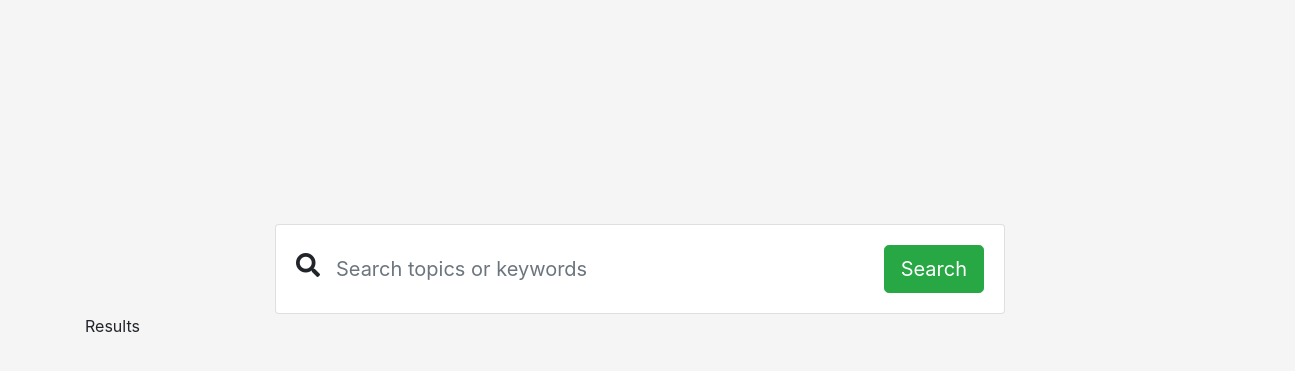
Repository: roistyx/ask-ChatGBT-travel-recommendations
Page: Backend/src/views/search.html
These files come from the project's save history. The page is drawn as it stood at one moment and after the next save; the edit follows.
The browser window is 1280 px wide. The page is 1280 px wide, then 1295 px, so the pictures cover 1295 px, including what lies to the right of the window. The pictures show the whole page.
Some web libraries are served in a nearby version.

Above is the page before, as saved 2023-03-20 12:24:05.
Console error: TypeError: Cannot read properties of undefined (reading 'fn')

### Backend/src/views/search.html
<!DOCTYPE html>
<html>
<head>
<link href="//maxcdn.bootstrapcdn.com/bootstrap/4.1.1/css/bootstrap.min.css" rel="stylesheet" id="bootstrap-css">
<script src="//maxcdn.bootstrapcdn.com/bootstrap/4.1.1/js/bootstrap.min.js"></script>
<script src="//cdnjs.cloudflare.com/ajax/libs/jquery/3.2.1/jquery.min.js"></script>
<link rel="stylesheet" href="https://use.fontawesome.com/releases/v5.1.0/css/all.css"
    integrity="sha384-lKuwvrZot6UHsBSfcMvOkWwlCMgc0TaWr+30HWe3a4ltaBwTZhyTEggF5tJv8tbt" crossorigin="anonymous">

  <link rel="stylesheet" href="search.css">

</head>
<body>

    <div class="container">
        <br />
        <div class="row justify-content-center">
            <div class="col-12 col-md-10 col-lg-8">
                <form class="card card-sm">
                    <div class="card-body row no-gutters align-items-center">
                        <div class="col-auto">
                            <i class="fas fa-search h4 text-body"></i>
                        </div>
                        <!--end of col-->
                        <div class="col">
                            <input class="form-control form-control-lg form-control-borderless" type="search"
                                placeholder="Search topics or keywords">
                        </div>
                        <!--end of col-->
                        <div class="col-auto">
                            <button class="btn btn-lg btn-success" type="submit">Search</button>
                        </div>
                        <!--end of col-->
                        <link rel="stylesheet" href="https://use.fontawesome.com/releases/v5.1.0/css/all.css"
                            integrity="sha384-lKuwvrZot6UHsBSfcMvOkWwlCMgc0TaWr+30HWe3a4ltaBwTZhyTEggF5tJv8tbt"
                            crossorigin="anonymous">
                    </div>
                </form>
            </div>

        </div>
    </div>
    <div class="container">Results</div>

</body>
</html>

### Backend/src/views/search.css
* {
	margin: 0;
	padding: 0;
}

body {
	background-color: #f5f5f5;
	padding-top: 200px;
}

.form-control-borderless {
	border: none;
}

.form-control-borderless:hover,
.form-control-borderless:active,
.form-control-borderless:focus {
	border: none;
	outline: none;
	box-shadow: none;
}

After the next save:
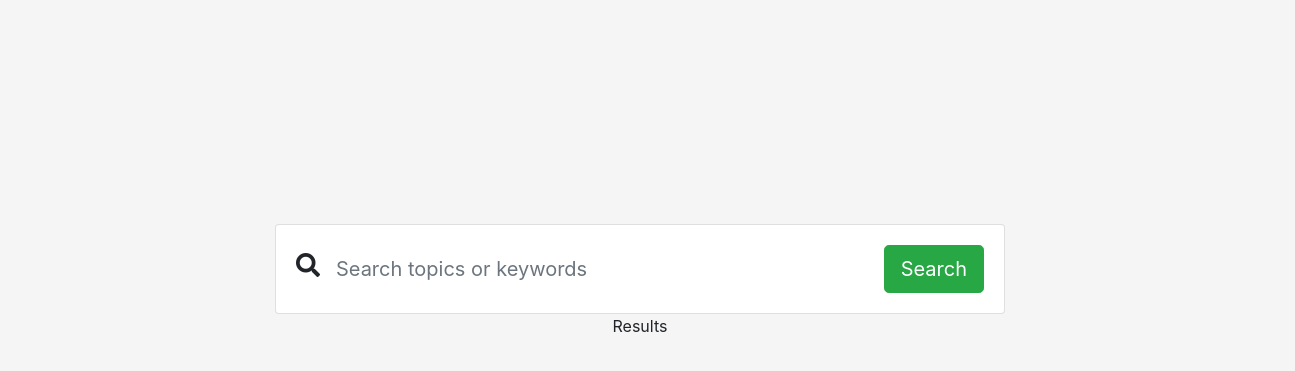
Saved 21 s later.
--- a/Backend/src/views/search.html
+++ b/Backend/src/views/search.html
@@ -40,7 +40,7 @@
 
         </div>
     </div>
-    <div class="container">Results</div>
+    <div class="row justify-content-center">Results</div>
 
 </body>
 </html>
